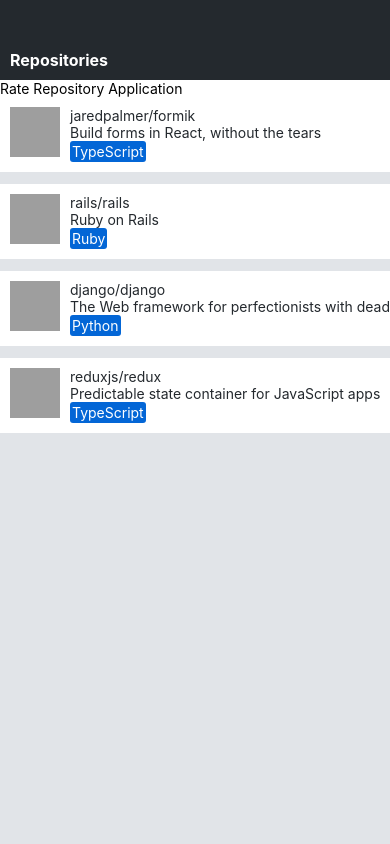
Repository: OrmeSile/react-native-FSO
Screen: / (app in rate-repository-app/)
These files come from the project's save history. The screen is drawn as it stood at one moment and after a run of saves; the edit follows.
Pictures or frames that could not be fetched are drawn as grey boxes. An inner scrolling area shows only its first screen. The app was drawn by React Native's web renderer in a window 390 px wide. The project was rebuilt for these pictures with package versions that can differ from the ones it lists, and the page was loaded fresh each time. Some packages were replaced by stand-ins written for this rebuild.

Above is the screen before, as saved 2022-05-15 17:59:50.

After the next 3 saves:
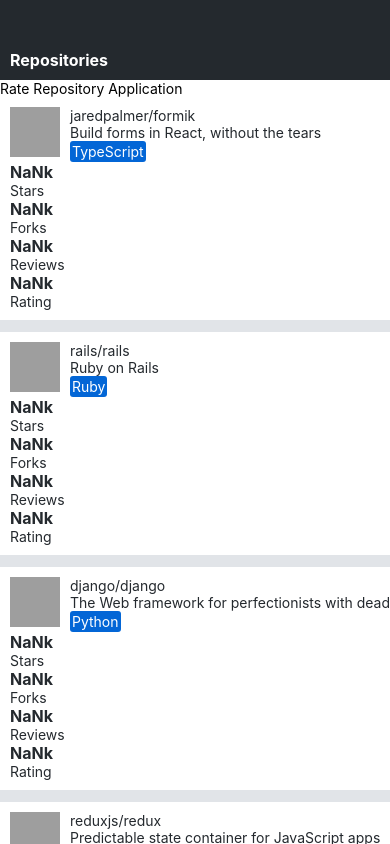
The 3 saves are shown as one change because 1 did not build or start and some came seconds apart.
The last was saved 10 s later.
--- a/rate-repository-app/src/components/RepositoryItem/RepositoryItem.jsx
+++ b/rate-repository-app/src/components/RepositoryItem/RepositoryItem.jsx
@@ -21,7 +21,7 @@
         description={item.description}
         language={item.language}
       />
-
+    <RatingsInfo />
     </View>
   );
 };
